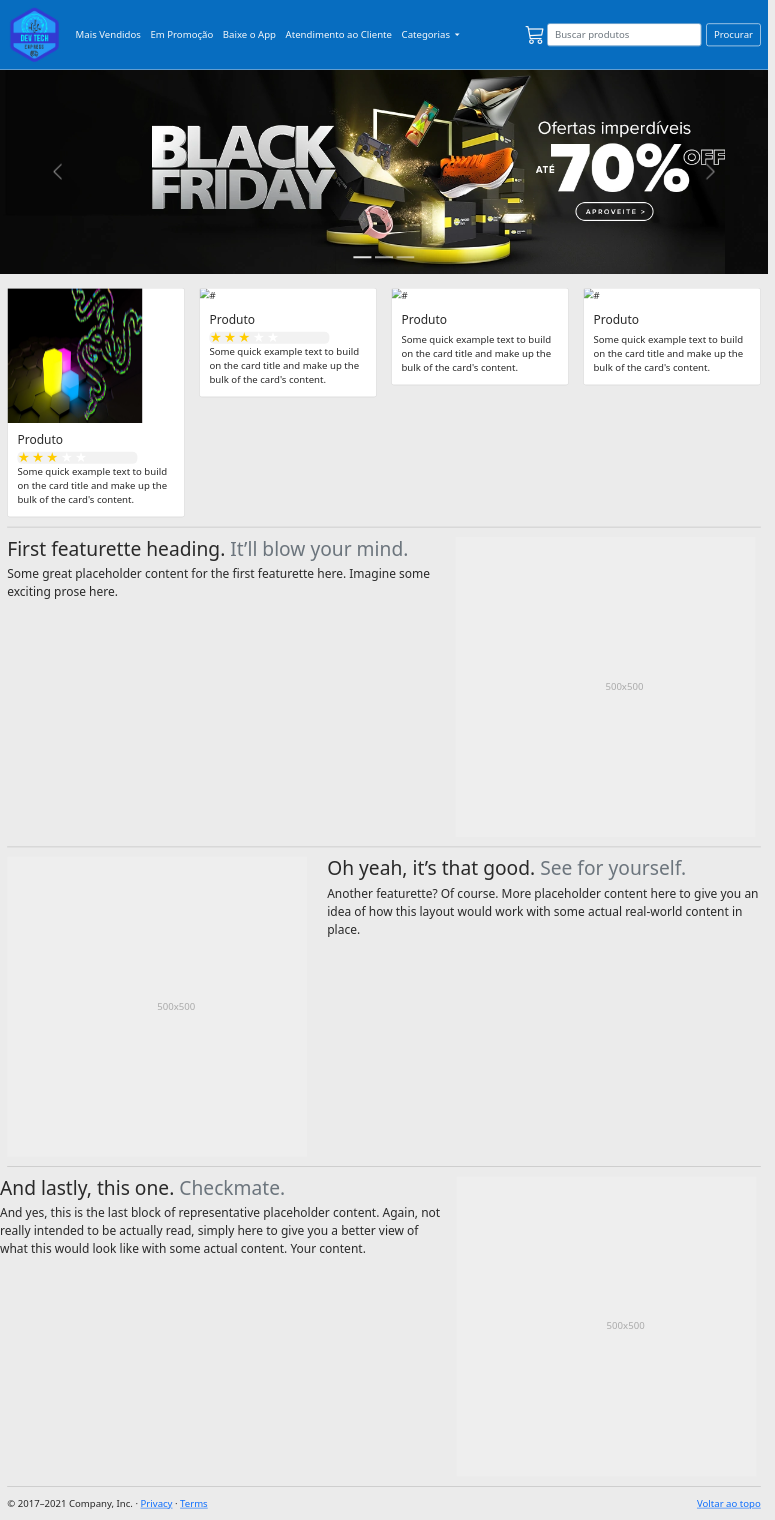
Repository: dantas-barreto/trabalho-interdisciplinar-IDW-IAP
Page: index.html
The author's editor kept a copy of each file at every save. The page is drawn from the files as they stood at one save, then again after the next save.
The browser window is 1280 px wide. The page is 1292 px wide, so the pictures cover 1292 px, including what lies to the right of the window. The pictures show the whole page, at 60% of full size.
Some web libraries are served in a nearby version.

Above is the page before, as saved 2021-12-04 20:59:51.

### index.html
<!DOCTYPE html>
<html lang="pt-br">
  <head>
    <meta charset="utf-8" />
    <meta name="viewport" content="width=device-width, initial-scale=1.0" />
    <link
      href="https://cdn.jsdelivr.net/npm/bootstrap@5.1.3/dist/css/bootstrap.min.css"
      rel="stylesheet"
      integrity="sha384-1BmE4kWBq78iYhFldvKuhfTAU6auU8tT94WrHftjDbrCEXSU1oBoqyl2QvZ6jIW3"
      crossorigin="anonymous"
    />
    <link
      rel="stylesheet"
      href="https://cdn.jsdelivr.net/npm/bootstrap-icons@1.7.1/font/bootstrap-icons.css"
    />
    <link rel="shortcut icon" href="img/favicon.ico" type="image/x-icon" />
    <link rel="stylesheet" href="css/globalStyle.css" />
    <title>DevTech Express</title>
  </head>
  <body>
    <nav class="navbar navbar-expand-lg header">
      <div class="container-fluid">
        <a class="navbar-brand" href="#">
          <img
            src="img/logo.png"
            width="90rem"
            height="90rem"
            alt="Logo DevTech Express"
          />
        </a>
        <button
          class="navbar-toggler"
          type="button"
          data-bs-toggle="collapse"
          data-bs-target="#navbarSupportedContent"
          aria-controls="navbarSupportedContent"
          aria-expanded="false"
          aria-label="Toggle navigation"
        >
          <span class="navbar-toggler-icon"></span>
        </button>
        <div class="collapse navbar-collapse" id="navbarSupportedContent">
          <ul class="navbar-nav me-auto mb-2 mb-lg-0">
            <li class="nav-item">
              <a
                class="nav-link link-light headerOption active"
                aria-current="page"
                href="#"
                >Mais Vendidos</a
              >
            </li>
            <li class="nav-item">
              <a
                class="nav-link link-light headerOption active"
                href="Clientes.html"
                >Em Promoção</a
              >
            </li>
            <li class="nav-item">
              <a
                class="nav-link link-light headerOption active"
                href="Fornecedores.html"
                >Baixe o App</a
              >
            </li>
            <li class="nav-item">
              <a
                class="nav-link link-light headerOption active"
                href="Produtos.html"
                >Atendimento ao Cliente</a
              >
            </li>
            <li class="nav-item dropdown">
              <a
                class="nav-link link-light headerOption active dropdown-toggle"
                href="#"
                id="navbarDropdown"
                role="button"
                data-bs-toggle="dropdown"
                aria-expanded="false"
              >
                Categorias
              </a>
              <ul class="dropdown-menu" aria-labelledby="navbarDropdown">
                <li><a class="dropdown-item" href="#">Categoria 01</a></li>
                <li><a class="dropdown-item" href="#">Categoria 02</a></li>
                <li><a class="dropdown-item" href="#">Categoria 03</a></li>
                <li><a class="dropdown-item" href="#">Categoria 04</a></li>
                <li><a class="dropdown-item" href="#">Categoria 05</a></li>
                <li><a class="dropdown-item" href="#">Categoria 06</a></li>
                <li><a class="dropdown-item" href="#">Categoria 07</a></li>
                <li><a class="dropdown-item" href="#">Categoria 08</a></li>
              </ul>
            </li>
          </ul>
          <i class="bi bi-cart3 text-light me-1" style="font-size: 2em"></i>
          <form class="d-flex" id="procurar">
            <input
              class="form-control me-2"
              type="search"
              placeholder="Buscar produtos"
              aria-label="Search"
            />
            <button class="btn btn-outline-light" type="submit">
              Procurar
            </button>
          </form>
        </div>
      </div>
    </nav>

    <main>
      <div id="myCarousel" class="carousel slide mb-4" data-bs-ride="carousel">
        <div class="carousel-indicators">
          <button
            type="button"
            data-bs-target="#myCarousel"
            data-bs-slide-to="0"
            class="active"
            aria-current="true"
            aria-label="Slide 1"
          ></button>
          <button
            type="button"
            data-bs-target="#myCarousel"
            data-bs-slide-to="1"
            aria-label="Slide 2"
          ></button>
          <button
            type="button"
            data-bs-target="#myCarousel"
            data-bs-slide-to="2"
            aria-label="Slide 3"
          ></button>
        </div>
        <div class="carousel-inner">
          <div class="carousel-item active">
            <img src="img/exemplo3.webp" alt="Product #1" />
          </div>
          <div class="carousel-item">
            <img src="img/exemplo2.webp" alt="Product #2" />
          </div>
          <div class="carousel-item">
            <img src="img/exemplo1.webp" alt="Product #3" />
          </div>
        </div>
        <button
          class="carousel-control-prev"
          type="button"
          data-bs-target="#myCarousel"
          data-bs-slide="prev"
        >
          <span class="carousel-control-prev-icon" aria-hidden="true"></span>
          <span class="visually-hidden">Previous</span>
        </button>
        <button
          class="carousel-control-next"
          type="button"
          data-bs-target="#myCarousel"
          data-bs-slide="next"
        >
          <span class="carousel-control-next-icon" aria-hidden="true"></span>
          <span class="visually-hidden">Next</span>
        </button>
      </div>

      <div class="container-fluid marketing">
        <div class="row">
          <!-- Fazer os cards ficarem do mesmo tamanho que o maior -->
          <div class="col-xl-3 col-lg-4 col-md-6">
            <div class="card">
              <img src="img/teste.jpg" width="224" height="224" alt="#" />
              <div class="card-body">
                <h5 class="card-title">Produto</h5>
                <div class="classificacao">
                  <div class="qualidade" style="--rating: 3"></div>
                </div>
                <p class="card-text">
                  Some quick example text to build on the card title and make up
                  the bulk of the card's content.
                </p>
              </div>
            </div>
          </div>

          <div class="col-xl-3 col-lg-4 col-md-6">
            <div class="card">
              <img src="#" class="card-img-top" alt="#" />
              <div class="card-body">
                <h5 class="card-title">Produto</h5>
                <div class="classificacao">
                  <div class="qualidade" style="--rating: 3"></div>
                </div>
                <p class="card-text">
                  Some quick example text to build on the card title and make up
                  the bulk of the card's content.
                </p>
              </div>
            </div>
          </div>

          <div class="col-xl-3 col-lg-4 col-md-6">
            <div class="card">
              <img src="#" class="card-img-top" alt="#" />
              <div class="card-body">
                <h5 class="card-title">Produto</h5>
                <p class="card-text">
                  Some quick example text to build on the card title and make up
                  the bulk of the card's content.
                </p>
              </div>
            </div>
          </div>

          <div class="col-xl-3 col-lg-4 col-md-6">
            <div class="card">
              <img src="#" class="card-img-top" alt="#" />
              <div class="card-body">
                <h5 class="card-title">Produto</h5>
                <p class="card-text">
                  Some quick example text to build on the card title and make up
                  the bulk of the card's content.
                </p>
              </div>
            </div>
          </div>
        </div>

        <hr class="featurette-divider" />

        <div class="row featurette">
          <div class="col-md-7">
            <h2 class="featurette-heading">
              First featurette heading.
              <span class="text-muted">It’ll blow your mind.</span>
            </h2>
            <p class="lead">
              Some great placeholder content for the first featurette here.
              Imagine some exciting prose here.
            </p>
          </div>
          <div class="col-md-5">
            <svg
              class="
                bd-placeholder-img bd-placeholder-img-lg
                featurette-image
                img-fluid
                mx-auto
              "
              width="500"
              height="500"
              xmlns="http://www.w3.org/2000/svg"
              role="img"
              aria-label="Placeholder: 500x500"
              preserveAspectRatio="xMidYMid slice"
              focusable="false"
            >
              <title>Placeholder</title>
              <rect width="100%" height="100%" fill="#eee" />
              <text x="50%" y="50%" fill="#aaa" dy=".3em">500x500</text>
            </svg>
          </div>
        </div>

        <hr class="featurette-divider" />

        <div class="row featurette">
          <div class="col-md-7 order-md-2">
            <h2 class="featurette-heading">
              Oh yeah, it’s that good.
              <span class="text-muted">See for yourself.</span>
            </h2>
            <p class="lead">
              Another featurette? Of course. More placeholder content here to
              give you an idea of how this layout would work with some actual
              real-world content in place.
            </p>
          </div>
          <div class="col-md-5 order-md-1">
            <svg
              class="
                bd-placeholder-img bd-placeholder-img-lg
                featurette-image
                img-fluid
                mx-auto
              "
              width="500"
              height="500"
              xmlns="http://www.w3.org/2000/svg"
              role="img"
              aria-label="Placeholder: 500x500"
              preserveAspectRatio="xMidYMid slice"
              focusable="false"
            >
              <title>Placeholder</title>
              <rect width="100%" height="100%" fill="#eee" />
              <text x="50%" y="50%" fill="#aaa" dy=".3em">500x500</text>
            </svg>
          </div>
        </div>

        <hr class="featurette-divider" />
      </div>

      <div class="row featurette">
        <div class="col-md-7">
          <h2 class="featurette-heading">
            And lastly, this one. <span class="text-muted">Checkmate.</span>
          </h2>
          <p class="lead">
            And yes, this is the last block of representative placeholder
            content. Again, not really intended to be actually read, simply here
            to give you a better view of what this would look like with some
            actual content. Your content.
          </p>
        </div>
        <div class="col-md-5">
          <svg
            class="
              bd-placeholder-img bd-placeholder-img-lg
              featurette-image
              img-fluid
              mx-auto
            "
            width="500"
            height="500"
            xmlns="http://www.w3.org/2000/svg"
            role="img"
            aria-label="Placeholder: 500x500"
            preserveAspectRatio="xMidYMid slice"
            focusable="false"
          >
            <title>Placeholder</title>
            <rect width="100%" height="100%" fill="#eee" />
            <text x="50%" y="50%" fill="#aaa" dy=".3em">500x500</text>
          </svg>
        </div>
      </div>

      <footer class="container-fluid">
        <hr class="featurette-divider" />
        <p class="float-end"><a href="#">Voltar ao topo</a></p>
        <p>
          &copy; 2017–2021 Company, Inc. &middot;
          <a href="#">Privacy</a> &middot; <a href="#">Terms</a>
        </p>
      </footer>
    </main>

    <script
      src="https://cdn.jsdelivr.net/npm/bootstrap@5.1.3/dist/js/bootstrap.bundle.min.js"
      integrity="sha384-ka7Sk0Gln4gmtz2MlQnikT1wXgYsOg+OMhuP+IlRH9sENBO0LRn5q+8nbTov4+1p"
      crossorigin="anonymous"
    ></script>
  </body>
</html>

### css/globalStyle.css
:root {
  --fontColor: #292929;
  --bgColor: #ebebeb;
  --header: #610ce9;
  --general: #2c34c9;
  --effect: #4aa2f8;

  --fontColorClosed: #1b1b1b;
  --bgColorClosed: #989898;
  --headerClosed: #3f0897;
  --generalClosed: #1d2282;
  --effectClosed: #076dc0;

  --fontColorOpen: #747474;
  --bgColorOpen: #f2f2f2;
  --headerOpen: #975bf6;
  --generalOpen: #7277e0;
  --effectOpen: #7fc3fa;
}

* {
  color: var(--fontColor);
}

body {
  background-color: var(--bgColor);
}

.headerOption:hover {
  color: var(--effectOpen);
}

/* Header */
.header {
  background-color: var(--effectClosed);
}
/* End Header */

/* Icons */

/* End Icons */

/* Stars */
.classificacao {
  display: flex;
  justify-content: space-between;
}

.classificacao {
  background-color: #f2f2f2;
  border-radius: 8px;
  text-align: center;
  width: 200px;
}

.qualidade {
  --percent: calc(var(--rating) / 5 * 100%);
  display: inline-block;
  font-size: 20px;
  line-height: 1;
}

.qualidade::before {
  background: linear-gradient(90deg, #fc0 var(--percent), #fff var(--percent));
  content: "★★★★★";
  letter-spacing: 3px;
  background-clip: text;
  -webkit-background-clip: text;
  -webkit-text-fill-color: transparent;
}
/* End Stars */

/*css página product*/
.colunatres {
  color: #3483fa;
}
.botoes {
  color: white;
} /*fim css página product*/

After the next save:
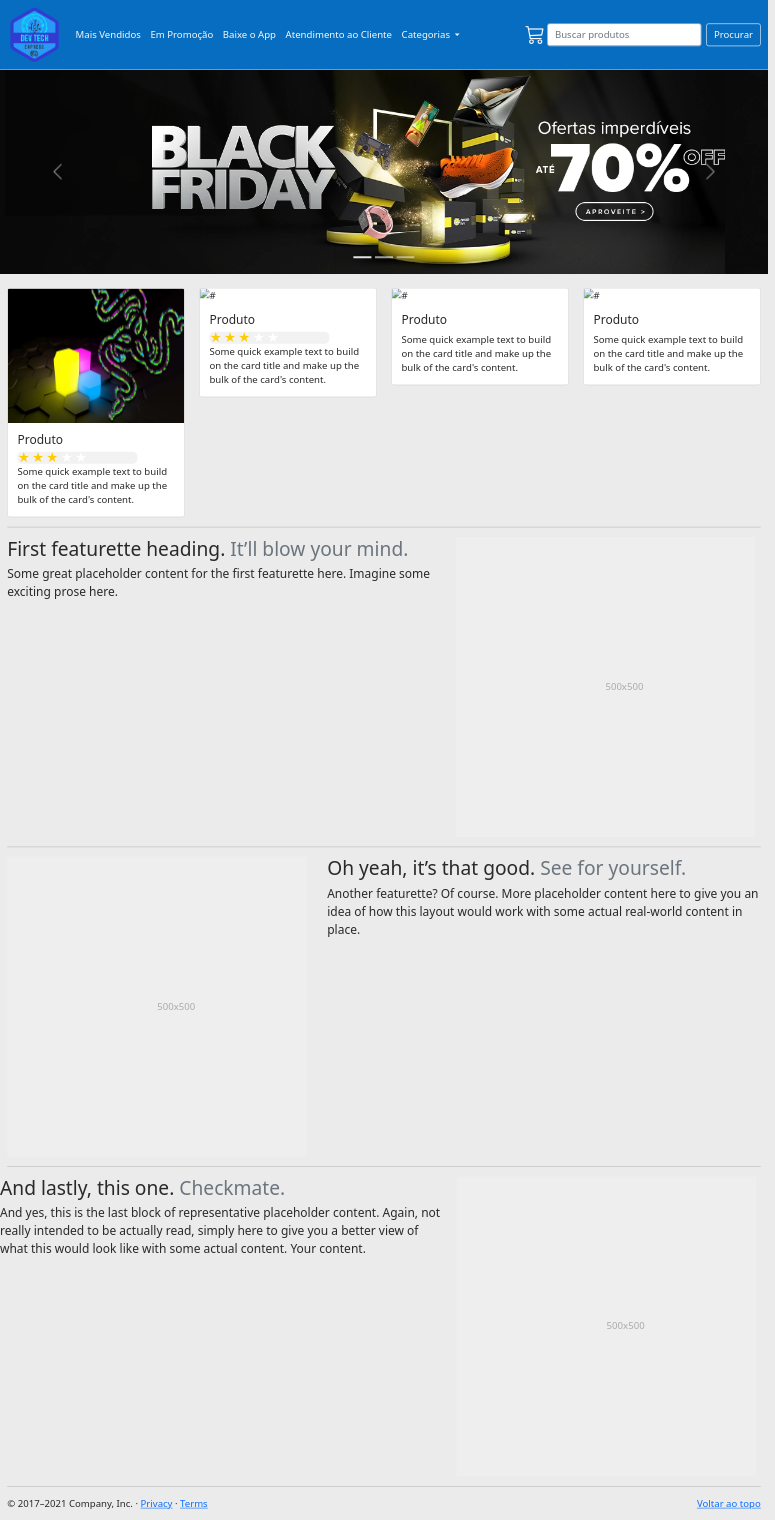
Saved 2 min 22 s later.
--- a/index.html
+++ b/index.html
@@ -169,7 +169,13 @@
           <!-- Fazer os cards ficarem do mesmo tamanho que o maior -->
           <div class="col-xl-3 col-lg-4 col-md-6">
             <div class="card">
-              <img src="img/teste.jpg" width="224" height="224" alt="#" />
+              <img
+                src="img/teste.jpg"
+                class="card-img-top"
+                width="224"
+                height="224"
+                alt="#"
+              />
               <div class="card-body">
                 <h5 class="card-title">Produto</h5>
                 <div class="classificacao">
